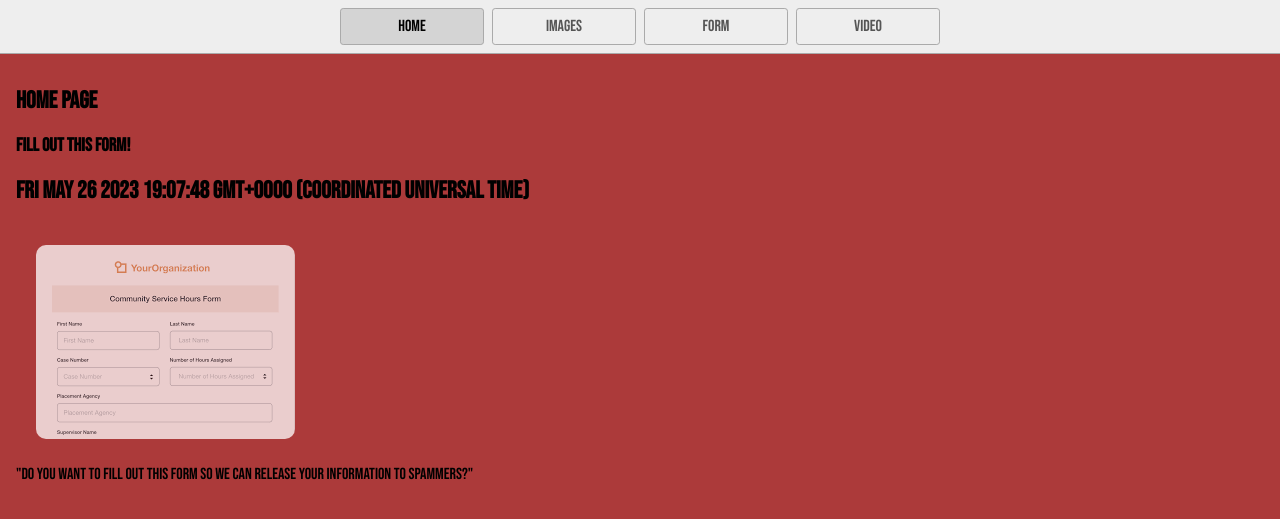
Repository: sebas6292/palmTree-Final
Page: Home.html
These files come from the project's save history. The page is drawn as it stood at one moment and after the next save; the edit follows.
The browser window is 1280 px wide. The pictures show the whole page.

Above is the page before, as saved 2023-06-03 11:36:56.

### Home.html
<!DOCTYPE html>
<html lang="en">
  <head>
    <title>Jeff's Final</title>
    <meta charset="UTF-8" />
    <meta name="viewport" content="width=device-width" />
  <link rel="icon" href="/Assets/favicon.jpg" type="image/x-icon">
    <link rel="preconnect" href="https://fonts.googleapis.com">
    <link rel="preconnect" href="https://fonts.gstatic.com" crossorigin>
    <link href="https://fonts.googleapis.com/css2?family=Bebas+Neue&display=swap" rel="stylesheet">
    <link rel="stylesheet" href="styles.css" />
  </head>
  <body>
    <nav>
      <a href="/Home.html" aria-current="page">Home</a>
      <a href="/Images.html">Images</a>
      <a href="/Form.html">Form</a>
      <a href="/Video.html">Video</a>
    </nav>
    <main>
      <h1>Home page</h1>
      <div>
        <h3>Fill out this Form!</h3>
        <h1>
        <script>
          document.write(Date())
        </script>
        </h1>
        <br>
        <a
          href="/Form.html"
        >
          <img src="./Assets/form.png" />
        </a>
        <p>"Do you want to fill out this form so we can release your information to spammers?"</p>
      </div>
    </main>

  </body>
</html>

### styles.css
* {
    box-sizing: border-box;
  }

  body {
    margin: 0;
    font-family: 'Bebas Neue', sans-serif;
    color: black;
    background-color: white;
  }
  @keyframes body {
    0%   {background-color: white;}
    25%  {background-color: brown}
    50%  {background-color: purple;}
    100% {background-color: black;}
  }
  body {
    background-color: white;
    animation-name: body;
    animation-duration: 30s;
  }

  nav {
    display: flex;
    flex-wrap: wrap;
    align-items: center;
    justify-content: center;
    padding: 0.5rem;
    gap: 0.5rem;
    border-bottom: solid 1px #aaa;
    background-color: #eee;
  }

  nav a {
    display: inline-block;
    min-width: 9rem;
    padding: 0.5rem;
    border-radius: 0.2rem;
    border: solid 1px #aaa;
    text-align: center;
    text-decoration: none;
    color: #555;
  }

  nav a[aria-current='page'] {
    color: #000;
    background-color: #d4d4d4;
  }

  main {
    padding: 1rem;
  }

  h1 {
    font-weight: bold;
    font-size: 1.5rem;
  }
  .form-title {
    margin-left: 57px;
    color: whitesmoke;
    padding-top: 15px;
  }

  .bg-img {
    background-image: url('/Assets/pier2.jpeg');
    height: 500px;
    border-radius: 10px;
  }

  .form-container {
    position: absolute;
    margin: 0 0 0 40px;
    max-width: 400px;
    padding: 24px;
    background-color: whitesmoke;
    border-radius: 10px;
  }
  input[type=text], input[type=password], input[id=comment] {
    width: 100%;
    padding: 10px;
    border: none;
    background: #f1f1f1;
    border-radius: 5px;
  }
  .btn {
    background-color: #04AA6D;
    color: white;
    margin-bottom: .5rem ;
    padding: 5px 0 5px 0;
    border: none;
    cursor: pointer;
    border-radius: 5px;
    width: 100%;
    opacity: 0.75;
  }
  .btn:hover {
    opacity: 1;
  }
  img {
    border-radius: 10px;
    margin: 5px 0 5px 20px;
    opacity: .75;
  }
  img:hover {
    opacity: 1;
    width: 300px;
  }
  .video-title {
   margin: 0px 0 0 20px;
   padding-top: 20px;
  }

  video {
    margin: 20px 0 0 15px;
    border-radius: 10px;
  }

After the next save:
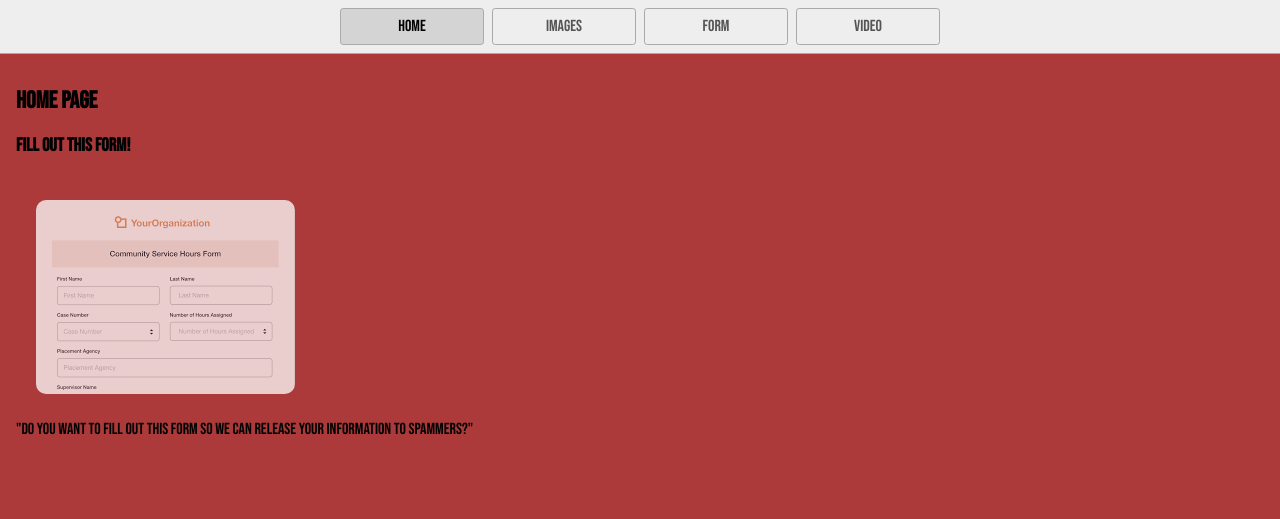
Saved 42 s later.
--- a/Home.html
+++ b/Home.html
@@ -21,11 +21,7 @@
       <h1>Home page</h1>
       <div>
         <h3>Fill out this Form!</h3>
-        <h1>
-        <script>
-          document.write(Date())
-        </script>
-        </h1>
+
         <br>
         <a
           href="/Form.html"
